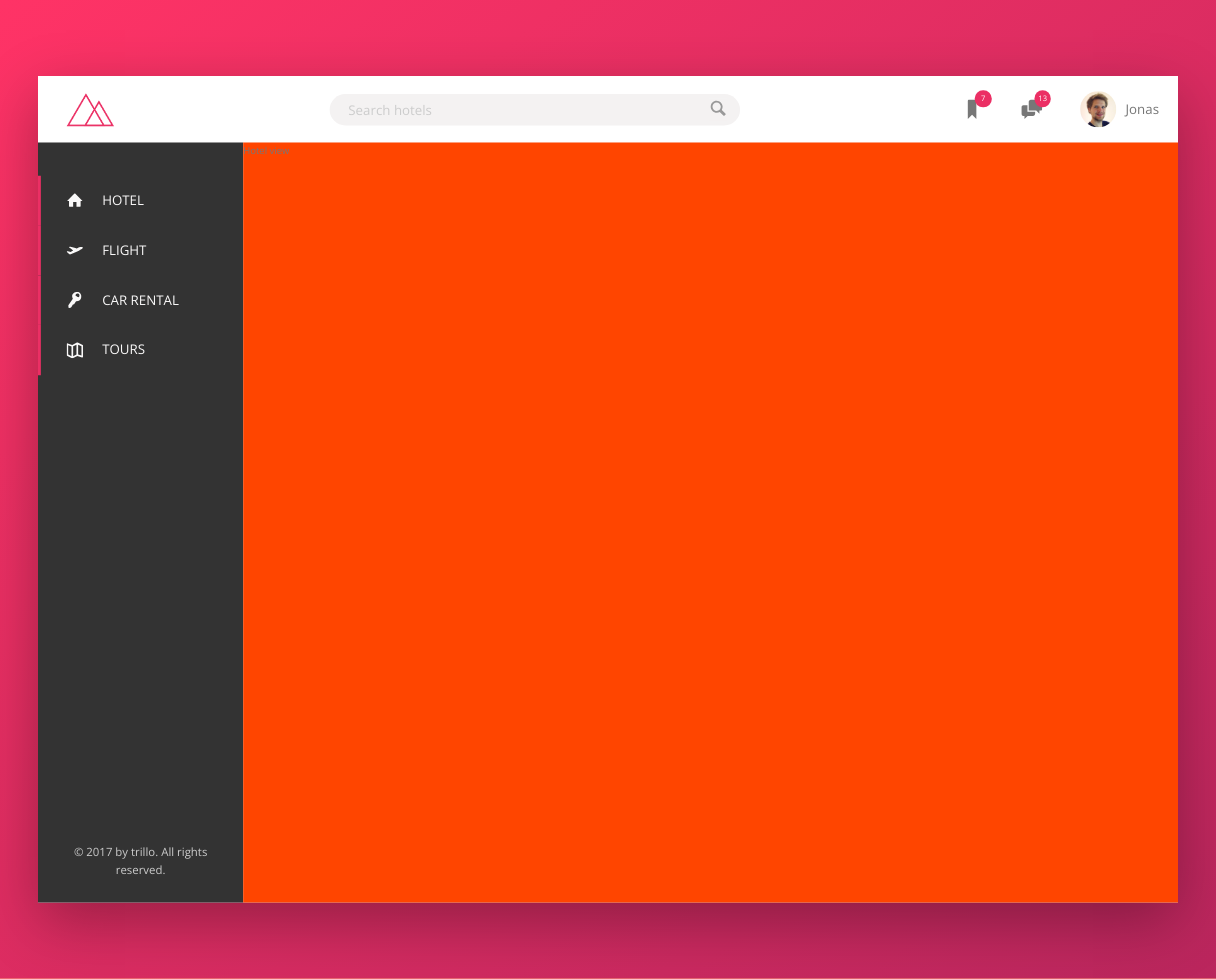
Repository: MalgorzataMazur/Trillo
Page: index.html
An editor plug-in stored every save of this project. The page is shown before and after the next save, followed by the edit.
The browser window is 1280 px wide. The pictures show the whole page, at 95% of full size.
The style sheet was rebuilt from its Sass, Less or Tailwind sources for each picture, by a compiler version that may differ from the author's.

Above is the page before, as saved 2020-03-26 19:45:22.

After the next save:
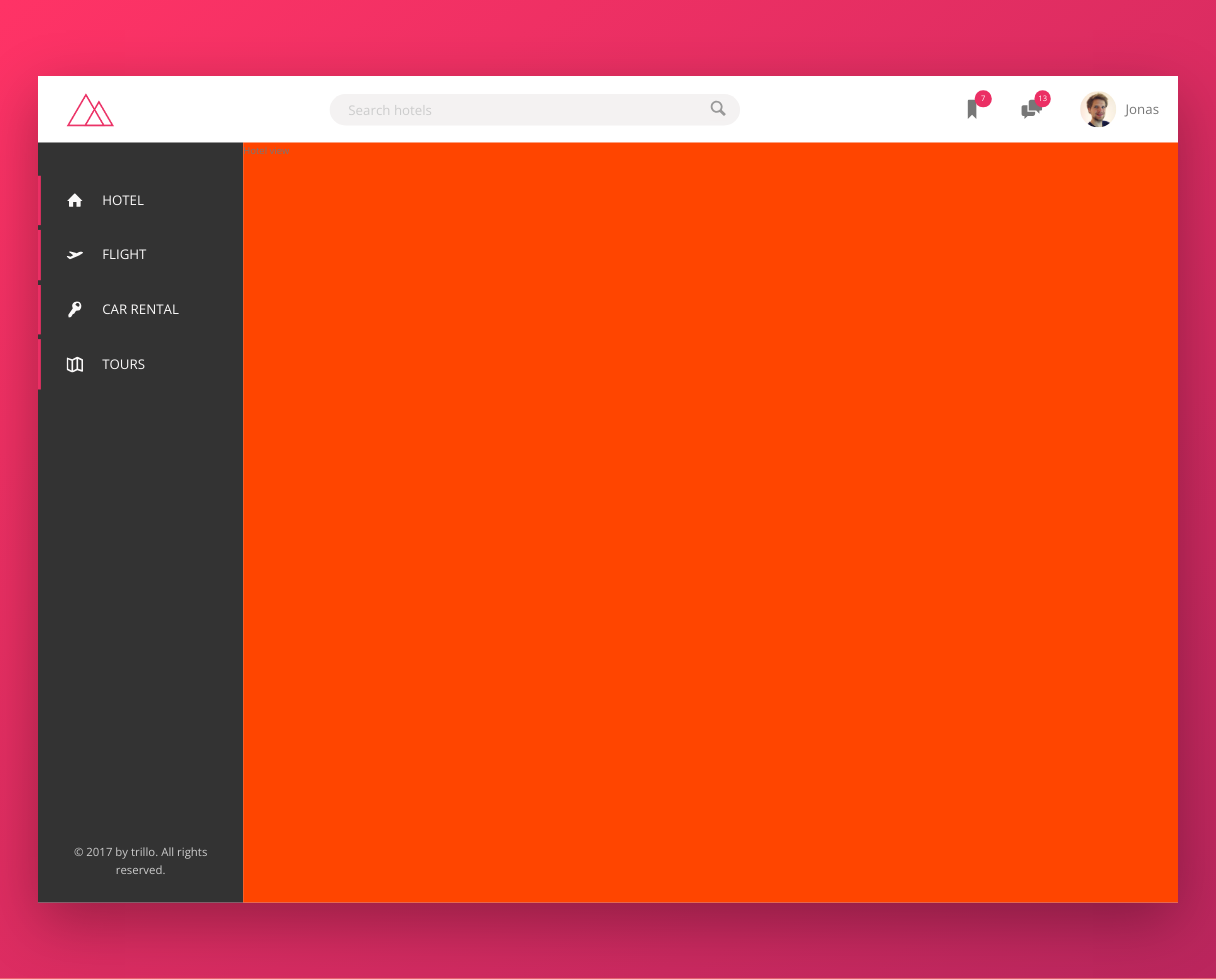
Saved 7 min 24 s later.
--- a/sass/_components.scss
+++ b/sass/_components.scss
@@ -130,6 +130,10 @@
 
     &__item {
         position: relative;
+
+        &:not(:last-child) { //all the items except the last one
+            margin-bottom:.5rem;
+        }
     }
 
     &__item::before { //line becpmes invisible which then expands to the right side
